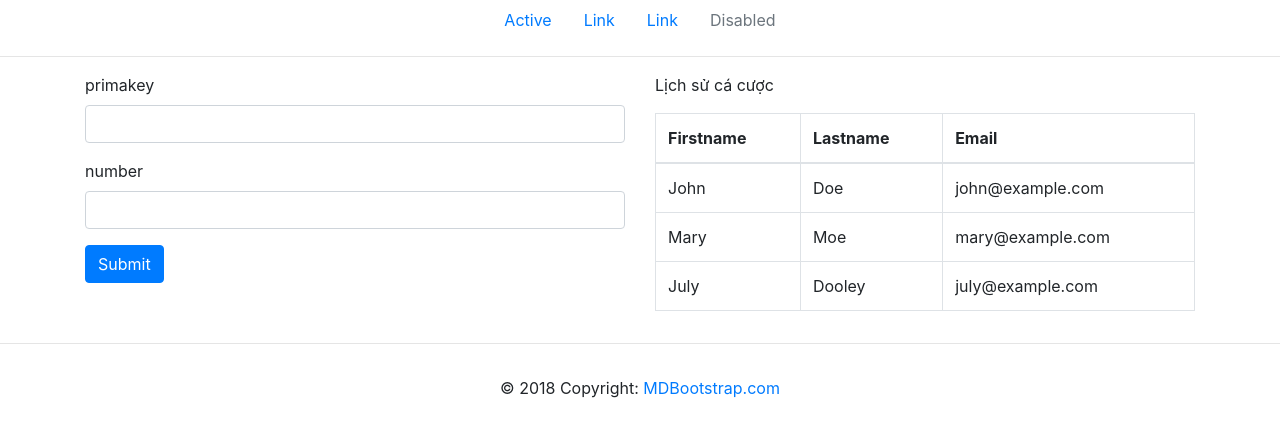
Repository: tienvins/vinsofts-blockchain-training-Oct2018
Page: http://localhost/
The author's editor kept a copy of each file at every save. The page is drawn from the files as they stood at one save, then again after the next save.
The browser window is 1280 px wide. The pictures show the whole page.
The page is served by the project's Node server (index.js). Other server files are loaded and not shown.

Above is the page before, as saved 2018-11-06 09:41:35.

### tunglt/dappbetting/views/home/index.ejs
<% include ../layouts/header.ejs %>
<!-- Header End -->
<hr>
<div class="container">
  <div class="row">
    <div class="col-md-6">
      <form method="POST" action="transfer">
        <div class="form-group">
          <label>primakey</label>
          <input type="text" class="form-control" name="privatekey">
        </div>
        <div class="form-group">
          <label>number</label>
          <input type="number" class="form-control" name="money">
        </div>
        <button type="submit" class="btn btn-primary">Submit</button>
      </form>

    </div>
    <div class="col-md-6">
      <p>Lịch sử cá cược</p>
      <table class="table table-bordered">
        <thead>
          <tr>
            <th>Firstname</th>
            <th>Lastname</th>
            <th>Email</th>
          </tr>
        </thead>
        <tbody>
          <tr>
            <td>John</td>
            <td>Doe</td>
            <td>john@example.com</td>
          </tr>
          <tr>
            <td>Mary</td>
            <td>Moe</td>
            <td>mary@example.com</td>
          </tr>
          <tr>
            <td>July</td>
            <td>Dooley</td>
            <td>july@example.com</td>
          </tr>
        </tbody>
      </table>
    </div>
  </div>
</div>
<hr>
<!-- Footer -->
<% include ../layouts/footer.ejs %>

### tunglt/dappbetting/views/layouts/header.ejs
<!DOCTYPE html>
<html lang="en">
<head>
<meta charset="utf-8">
<title>SimpleOne - A Responsive Html5 Ecommerce Template</title>
<meta name="viewport" content="width=device-width, initial-scale=1.0">
<meta name="description" content="">
<meta name="author" content="">
<link rel="stylesheet" href="https://stackpath.bootstrapcdn.com/bootstrap/4.1.3/css/bootstrap.min.css" integrity="sha384-MCw98/SFnGE8fJT3GXwEOngsV7Zt27NXFoaoApmYm81iuXoPkFOJwJ8ERdknLPMO" crossorigin="anonymous">

<!-- HTML5 shim, for IE6-8 support of HTML5 elements -->
<!--[if lt IE 9]>
      <script src="http://html5shim.googlecode.com/svn/trunk/html5.js"></script>
    <![endif]-->
<!-- fav -->
<link rel="shortcut icon" href="assets/ico/favicon.html">
</head>
<body>
<!-- Header Start -->
<ul class="nav justify-content-center">
  <li class="nav-item">
    <a class="nav-link active" href="#">Active</a>
  </li>
  <li class="nav-item">
    <a class="nav-link" href="#">Link</a>
  </li>
  <li class="nav-item">
    <a class="nav-link" href="#">Link</a>
  </li>
  <li class="nav-item">
    <a class="nav-link disabled" href="#">Disabled</a>
  </li>
</ul>

### tunglt/dappbetting/views/layouts/footer.ejs
<!-- Footer -->
<footer class="page-footer font-small blue">

  <!-- Copyright -->
  <div class="footer-copyright text-center py-3">© 2018 Copyright:
    <a href="https://mdbootstrap.com/bootstrap-tutorial/"> MDBootstrap.com</a>
  </div>
  <!-- Copyright -->

</footer>
<!-- Footer -->
<!-- javascript
    ================================================== -->
<!-- Placed at the end of the document so the pages load faster -->
<script src="https://cdnjs.cloudflare.com/ajax/libs/jquery/3.3.1/jquery.min.js"></script>

<script src="https://code.jquery.com/jquery-3.3.1.slim.min.js" integrity="sha384-q8i/X+965DzO0rT7abK41JStQIAqVgRVzpbzo5smXKp4YfRvH+8abtTE1Pi6jizo" crossorigin="anonymous"></script>
<script src="https://cdnjs.cloudflare.com/ajax/libs/popper.js/1.14.3/umd/popper.min.js" integrity="sha384-ZMP7rVo3mIykV+2+9J3UJ46jBk0WLaUAdn689aCwoqbBJiSnjAK/l8WvCWPIPm49" crossorigin="anonymous"></script>
<script src="https://stackpath.bootstrapcdn.com/bootstrap/4.1.3/js/bootstrap.min.js" integrity="sha384-ChfqqxuZUCnJSK3+MXmPNIyE6ZbWh2IMqE241rYiqJxyMiZ6OW/JmZQ5stwEULTy" crossorigin="anonymous"></script>
</body>
</html>

### tunglt/dappbetting/index.js
const express  = require('express');
var path       = require('path');
const app      = express();
const bodyParser = require('body-parser');
app.use(bodyParser.urlencoded({ extended: false }));


app.listen(3000, () => console.log('Example app listening on port 3000!'))

app.use(express.static(path.join(__dirname, 'public')));
app.set('views', path.join(__dirname, 'views'));
app.set('view engine', 'ejs');

var index = require('./routes/index');
app.use('/',index);

### tunglt/dappbetting/routes/index.js
var app    = require('express');
var router = app.Router();

const contract = require('../node/f');
const web3     = contract.web3;


/* GET home page. */
router.get('/', function (req, res) {
	res.render('home/index', {
		// product: data,
		// cate: cate
	});
});

router.get('/cate/:name.:id.html', function (req, res) {
	res.render('site/page/cate', {
		product: data,
		cate: cate
	});
});


router.get('/getbalance/:address', function (req, res) {
	if (web3.utils.isAddress(req.params.address)) {
		try {
			contract.getBalances(req.params.address)
				.then(function (balance) {
					res.send(balance);
				});;
		} catch (error) {
			res.send(error);
		}
	} else {
		res.send('not found address');
	}
});

router.post('/transfer', function (req, res) {
	if (web3.utils.isAddress(req.body.address_to)) {
		contract.sendToken(req.body.address_to, req.body.money,req.body.privatekey)
				.then(function (rs) {
					res.send(rs);
				});
	} else {
		res.send('not found address');
	}
});








module.exports = router;

### tunglt/dappbetting/node/f.js
const Web3     = require('web3');
const link     = "http://localhost:7545";  //http://localhost:7545
const web3     = new Web3(Web3.givenProvider || new Web3.providers.HttpProvider(link));
const Config   = require('./../CONFIG');
const Tx       = require('ethereumjs-tx');
var Wallet     = require('ethereumjs-wallet');
var EthUtil    = require('ethereumjs-util');
var fs         = require('fs');
var myContract = new web3.eth.Contract(Config.abi, Config.contractAdress, {
   from        : Config.address,
   data        : Config.dataContract,
//    gas         : '4700000'
});

function read(f) {
   return fs.readFileSync(f).toString();
}

function include(f) {
   eval.apply(global, [read(f)]);
}

// myContract.events.Transfer({  })
// .on("data", function(event) {
//   console.log(event)
// }).on("error", console.error);

async function getRaw(privateKey) {
   var privateKeyclone = Object.assign(privateKey);
   try {
      var privateKeyBuffer = EthUtil.toBuffer(privateKey);
      var wallet = Wallet.fromPrivateKey(privateKeyBuffer);
   } catch (error) {
      var privateKeyBuffer = new Buffer(privateKey, 'hex');
      var wallet = Wallet.fromPrivateKey(privateKeyBuffer);
   }
   var publicKey = wallet.getAddressString();
   var transactionCount = await web3.eth.getTransactionCount(publicKey);
   return {
      wallet,
      privateKeyclone,
      privateKeyBuffer,
      publicKey,
      transactionCount
   };
}

module.exports = {
   web3: web3,
   getBalances: async function getBalances(address) { // get tiền của 1 địa chỉ account
      var balances = await myContract.methods.balanceOf(address).call();
      return balances;
   },
   sendToken: async function sendToken(address_to, int_value, privateKey) { // gui tien cho 1 tai khoan
      var rs = await getRaw(privateKey);
      var methodData = await myContract.methods.transfer(address_to, int_value).encodeABI();
      var rawTx = {
         nonce: rs.transactionCount,
         gasPrice: web3.utils.toHex(web3.utils.toWei('1', 'wei')),
         gasLimit: web3.utils.toHex(web3.utils.toWei('900000', 'wei')),
         to: Config.contractAdress,
         from: rs.publicKey,
         data: methodData
      }

      var tx = new Tx(rawTx);
      tx.sign(rs.privateKeyBuffer);

      var serializedTx = tx.serialize();
      var sendSignedTransaction = await web3.eth.sendSignedTransaction('0x' + serializedTx.toString('hex'));
      return sendSignedTransaction;
   },


}

After the next save:
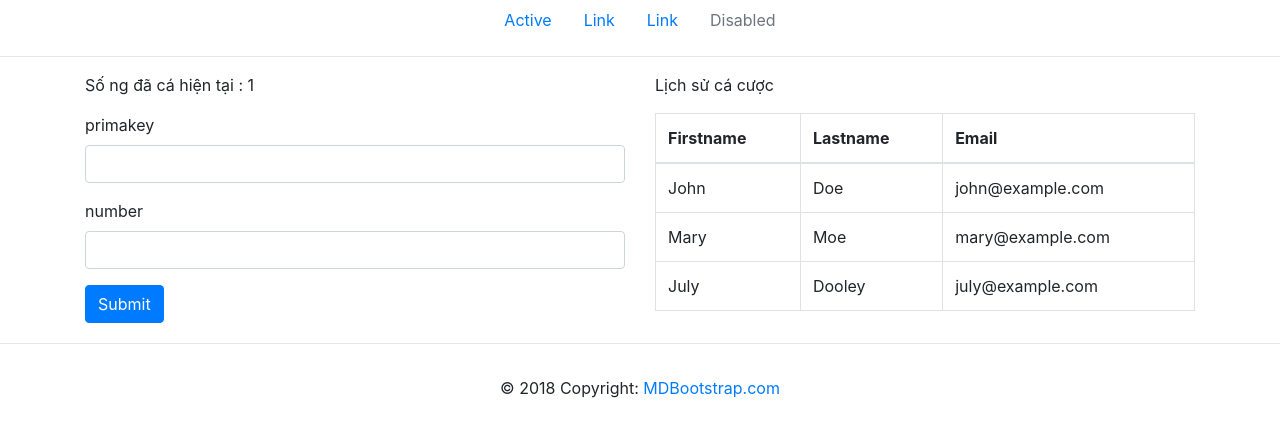
Saved 71 s later.
--- a/tunglt/dappbetting/views/home/index.ejs
+++ b/tunglt/dappbetting/views/home/index.ejs
@@ -4,6 +4,7 @@
 <div class="container">
   <div class="row">
     <div class="col-md-6">
+      <p>Số ng đã cá hiện tại : 1</p>
       <form method="POST" action="transfer">
         <div class="form-group">
           <label>primakey</label>
